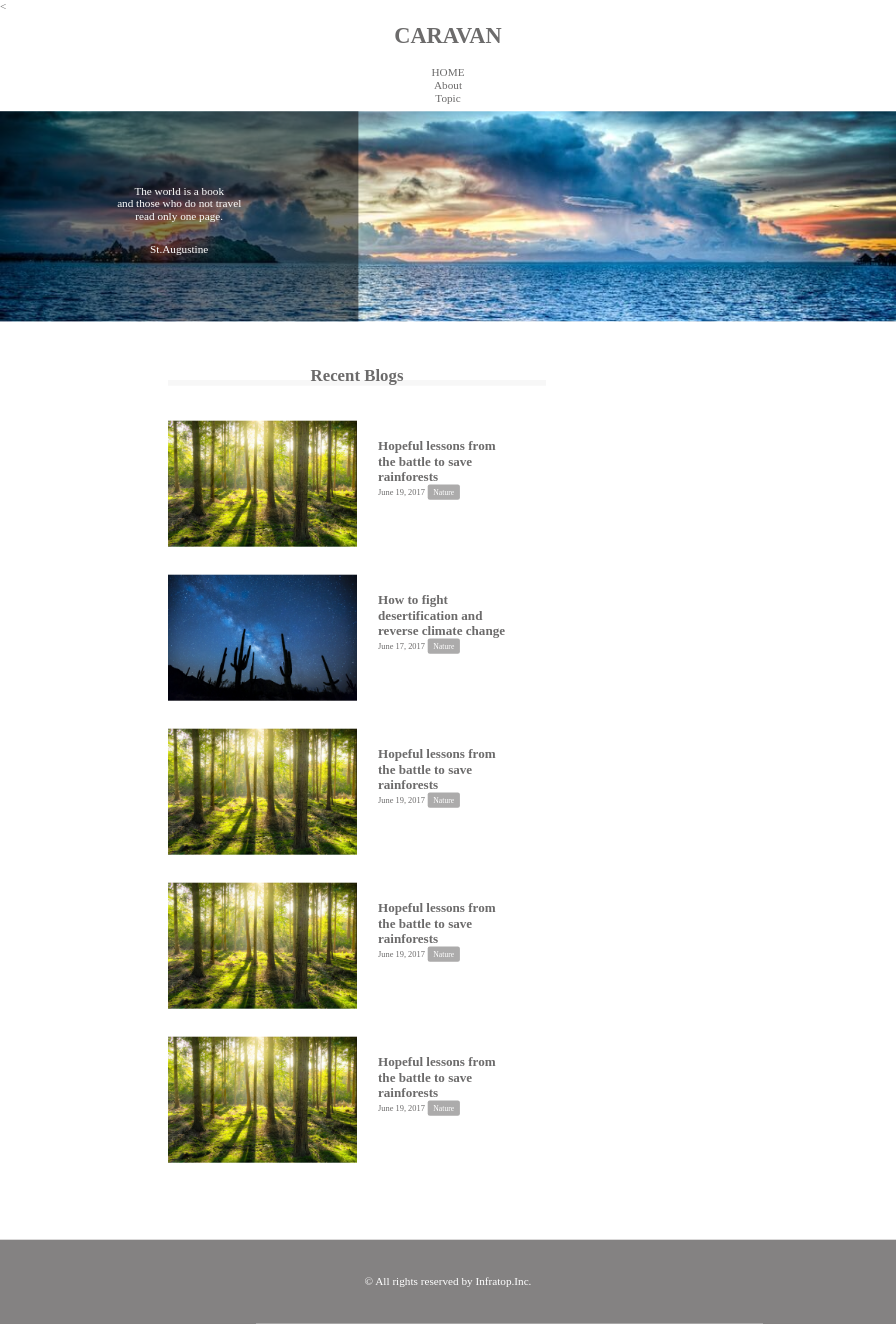
Repository: YabuYoshi/Bookers1
Page: carvan/index.html
The author's editor kept a record of every edit. The page is drawn from the files as they stood at one moment, then again after the next edit.
The browser window is 1280 px wide. The pictures show the whole page, at 70% of full size.

Above is the page before.

After the next edit:
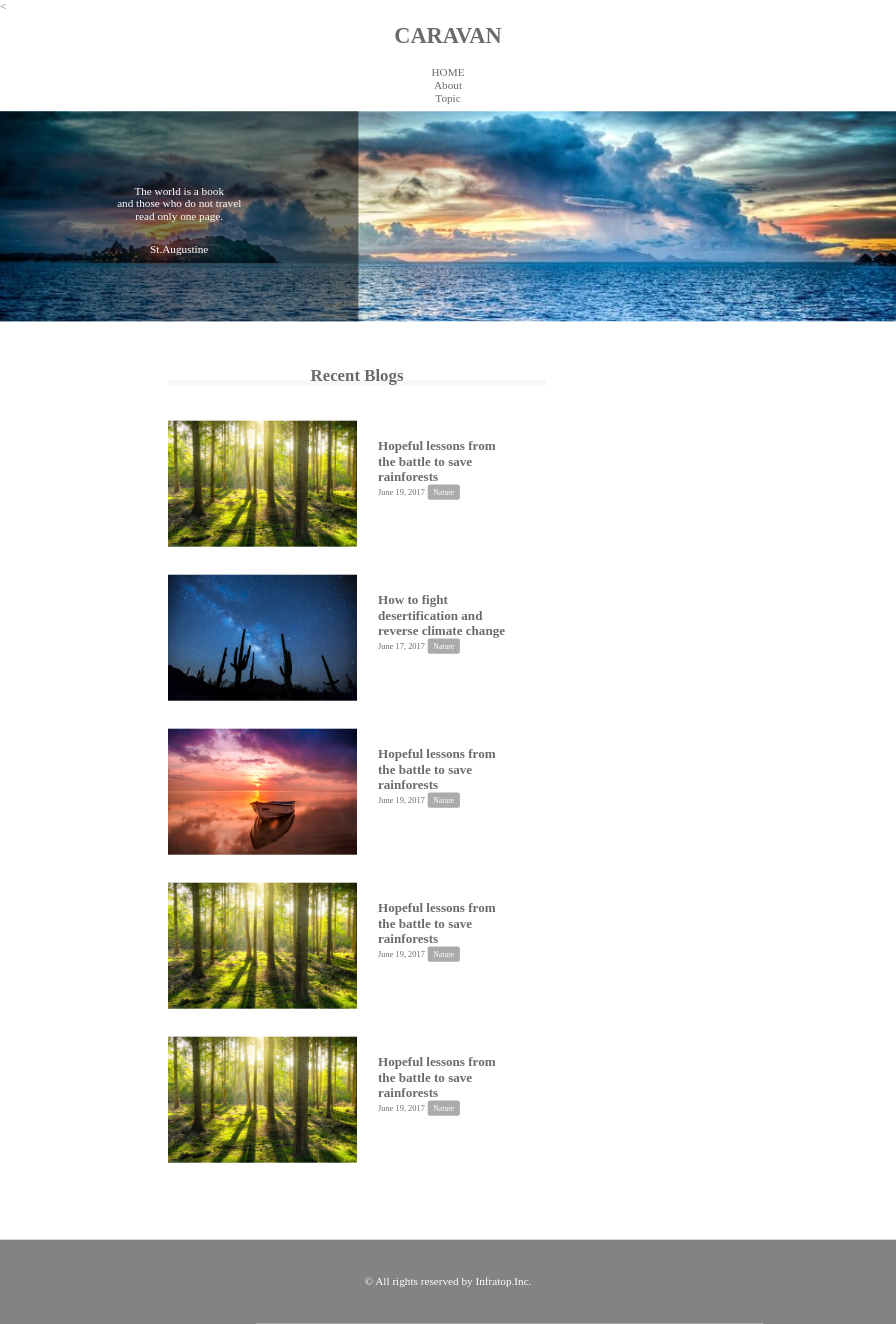
The edit:
--- a/carvan/index.html
+++ b/carvan/index.html
@@ -75,7 +75,7 @@
          </div>
 
         <div class="blog-item">
-          <img class="blog-image" src="img/img/forest.jpg">
+          <img class="blog-image" src="img/img/sunset.jpg">
           <section class="blog-text">
             <h3>
               <a href="single.html">
